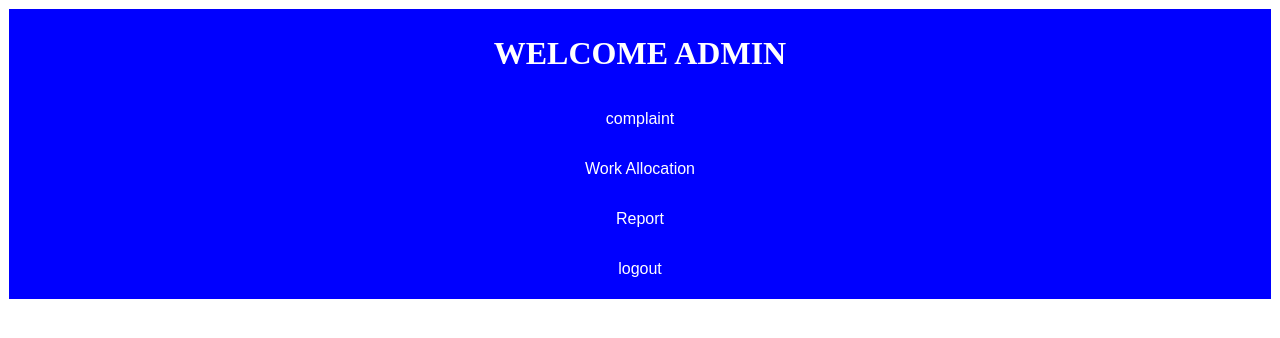
Repository: Jobinte/KSEB-PROJECT
Page: KSEB-complaint-management/WebContent/admin.html
These files come from the project's save history. The page is drawn as it stood at one moment and after the next save; the edit follows.
The browser window is 1280 px wide. The pictures show the whole page.

Above is the page before, as saved 2023-11-21 10:13:34.

### KSEB-complaint-management/WebContent/admin.html
<!DOCTYPE html>
<html>
<head>
<meta charset="ISO-8859-1">
<title>admin</title>
<link href="css/admin.css" rel="stylesheet" type="text/css" />
</head>
<body>
 <div class="header">
        <h1>WELCOME ADMIN</h1>

<div class="dropdown">
  <button class="dropbtn">complaint</button>
  <div class="dropdown-content">
    <a href="#"> Register complaint </a>
    <a href="#"> edit complaint </a>
    <a href="#"> complaint status</a>
  </div>
</div>

<div class="dropdown">
  <button class="dropbtn">Work Allocation</button>
  <div class="dropdown-content">
    <a href="#"> Work Allocate  </a>
    <a href="#"> view Work Allocation  </a>

  </div>
</div>

<div class="dropdown">
  <button class="dropbtn">Report</button>
  <div class="dropdown-content">
    <a href="#"> work report  </a>
    <a href="#"> complaint report </a>
    <a href="#">payment report </a>
  </div>
</div>
<div class="dropdown">
  <button class="dropbtn">logout</button>
  <div class="dropdown-content">

  </div>
</div>

</div>
</body>
</html>

### KSEB-complaint-management/WebContent/css/admin.css
 .header {

            background-color:blue;
            border:1px solid;
            color: white;
            text-align: center;
            padding: 5px;
        }


.dropbtn {
	background-color: blue;
	color: white;
	padding: 16px;
	font-size: 16px;
	border: none;
}

.dropdown {
	position: relative;
	display: inline-block;
	width: 100%;
}


.dropdown-content {
	display: none;
	position: absolute;
	background-color: #f1f1f1;
	min-width: 160px;
	box-shadow: 0px 8px 16px 0px rgba(0, 0, 0, 0.2);
	z-index: 1;
}

.dropdown-content a {
	color: black;
	padding: 12px 16px;
	text-decoration: none;
	display: block;
}

.dropdown-content a:hover {
	background-color: #ddd;
}

.dropdown:hover .dropdown-content {
	display: block;
}

.dropdown:hover .dropbtn {
	background-color: #3e8e41;
}

After the next save:
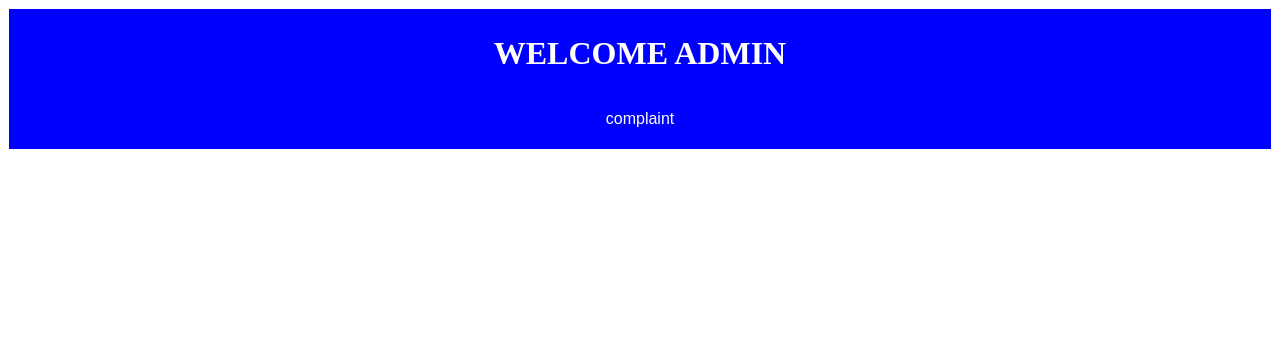
Saved 97 s later.
--- a/KSEB-complaint-management/WebContent/admin.html
+++ b/KSEB-complaint-management/WebContent/admin.html
@@ -15,17 +15,15 @@
     <a href="#"> Register complaint </a>
     <a href="#"> edit complaint </a>
     <a href="#"> complaint status</a>
-  </div>
-</div>
 
-<div class="dropdown">
+
+
   <button class="dropbtn">Work Allocation</button>
   <div class="dropdown-content">
     <a href="#"> Work Allocate  </a>
     <a href="#"> view Work Allocation  </a>
 
-  </div>
-</div>
+
 
 <div class="dropdown">
   <button class="dropbtn">Report</button>

After the save that followed:
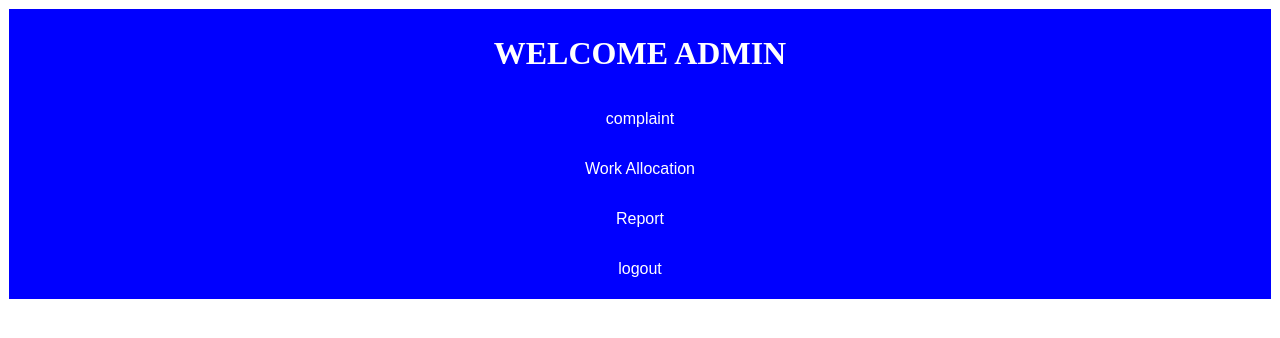
Saved 13 s later.
--- a/KSEB-complaint-management/WebContent/admin.html
+++ b/KSEB-complaint-management/WebContent/admin.html
@@ -15,15 +15,17 @@
     <a href="#"> Register complaint </a>
     <a href="#"> edit complaint </a>
     <a href="#"> complaint status</a>
+  </div>
+</div>
 
-
-
+<div class="dropdown">
   <button class="dropbtn">Work Allocation</button>
   <div class="dropdown-content">
     <a href="#"> Work Allocate  </a>
     <a href="#"> view Work Allocation  </a>
 
-
+  </div>
+</div>
 
 <div class="dropdown">
   <button class="dropbtn">Report</button>
